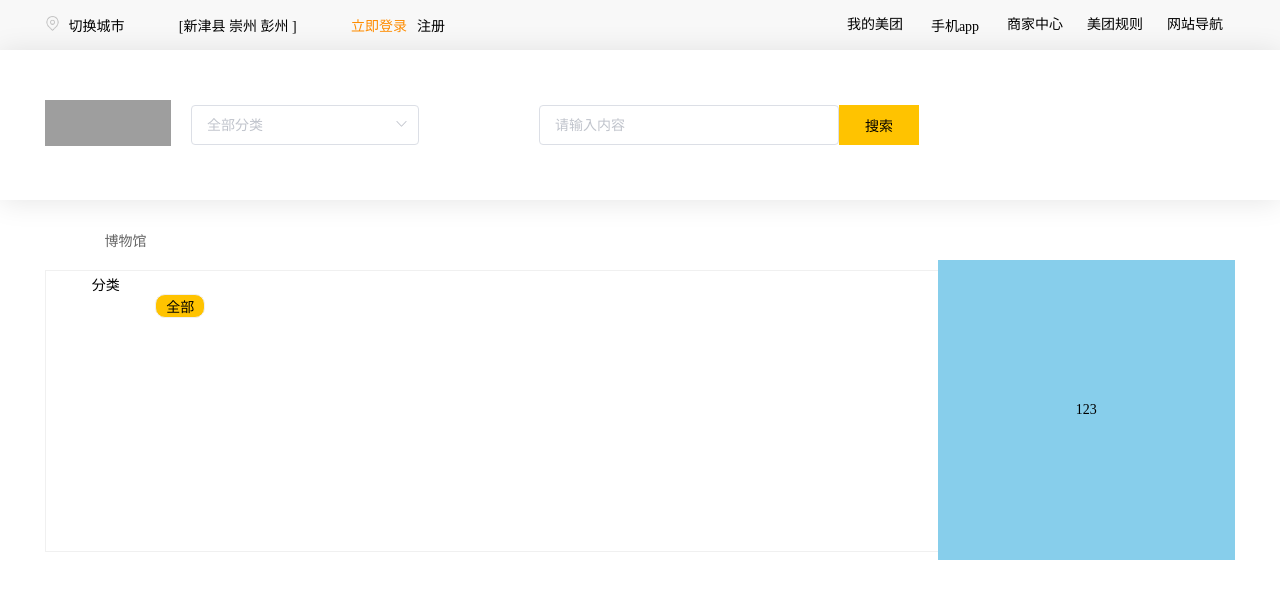
Repository: jinggegeZ/-
Page: /detail
An editor plug-in stored every save of this project. The page is shown before and after the next save, followed by the edit.
The browser window is 1280 px wide. The pictures show the whole page.
Pictures or frames that could not be fetched are drawn as grey boxes. The page's requests for data from a server got no answer. The project was rebuilt for these pictures with package versions that can differ from the ones it lists, and the page was loaded fresh each time. No one was signed in, and anything a server would have sent is missing. Also part of the build but not shown: vue.config.js, src/components/Navigation/Navigation.vue, src/components/navbox/navbox.vue, src/components/Sty/Sty.vue, src/views/Home.vue.

Above is the page before, as saved 2020-08-24 16:46:52.

### public/index.html
<!DOCTYPE html>
<html lang="en">
  <head>
    <meta charset="utf-8">
    <meta http-equiv="X-UA-Compatible" content="IE=edge">
    <meta name="viewport" content="width=device-width,initial-scale=1.0">
    <link rel="icon" href="<%= BASE_URL %>favicon.ico">
    <title><%= htmlWebpackPlugin.options.title %></title>
  </head>
  <body>
    <script src="//at.alicdn.com/t/font_2017422_ck56kzje6p4.js"></script>
    <noscript>
      <strong>We're sorry but <%= htmlWebpackPlugin.options.title %> doesn't work properly without JavaScript enabled. Please enable it to continue.</strong>
    </noscript>
    <div id="app"></div>
    <!-- built files will be auto injected -->
  </body>
</html>

### src/App.vue
<template>
  <div id="app">
    <router-view/>
  </div>
</template>

<style lang="scss">
@import '../src/style/style';
</style>

### src/style/style.css
* {
    margin: 0;
    padding: 0;

}
body,html{
    background: #fff;
}
/* 这是css3媒体查询 */
@media screen and (max-width: 1200px) {
    .top {
        width: 960px !important;
    }
}

/* top样式 */
.topbox {
    width: 100%;
    display: flex;
    justify-content: center;
    background: rgb(248,248,248);
    font-size: 14px;
}

.topbox2 {
    width: 100%;
    display: flex;
    justify-content: center;
    font-size: 14px;
    margin-top: 20px;
}
.topboxdetail {
    width: 100%;
    display: flex;
    justify-content: center;
    font-size: 14px;
    box-shadow:0 2px 27px 0 rgba(0,0,0,0.10);
}
.topbox1 {
    width: 100%;
    display: flex;
    justify-content: center;
    box-shadow: 0px 15px 20px -15px rgb(234,234,234);
    font-size: 14px;
}
.topbox3 {
    width: 100%;
    display: flex;
    justify-content: center;
    font-size: 14px;
}
.restopbox {
    width: 100%;
    display: flex;
    justify-content: center;
    /* background: rgb(248,248,248); */
    font-size: 14px;
    border-bottom: 1.8px solid rgb(238,238,238);
}
.top {
    width: 1190px;

}

.top1 {

    height: 50px;
    display: flex;
    justify-content: space-between;
}

.leftbox {
    display: flex;
    align-items: center;
    width: 400px;
    justify-content: space-between;
}
.spans1 {
    margin-left: 5px;
}
.user {
    display: flex;
}
.spans:hover {
    color: #FE8C00;
}
.spans1:hover {
    color: #FE8C00;
}
.rightbox {
    display: flex;
    align-items: center;
    width: 400px;
    justify-content: space-between;
}

.rightbox1 {
    width: 100px;
    height: 50px;
    display: flex;
    align-items: center;
    justify-content: center;
    position: relative;

}

.postion {
    position: absolute;
    z-index: 999;
    width: 100%;
    height: 100%;
    text-align: center;
    line-height: 50px;
}

.rightbox2 {
    visibility: hidden;
    right: -1px;
    position: absolute;
    z-index: 998;
    top: 99%;
    background: white;
    border-left: 1px solid rgb(229, 229, 229);
    border-bottom: 1px solid rgb(229, 229, 229);
    border-right: 1px solid rgb(229, 229, 229);
    box-shadow: 0px 0px 10px 0px #ccc;
}

.rightbox3 {
    height: 36px;
    line-height: 36px;
    text-align: center;
    width: 80px;
}

.rightbox4 {
    height: 36px;
    line-height: 36px;
    text-align: center;
    width: 118px;
}

.rightbox5 {
    width: 1190px;
    height: 300px;
    display: flex;
    justify-content: center;
}

.rightbox6 {
    width: 95%;
    height: 95%;
    display: flex;
    justify-content: space-between;
}

.rightbox6-1 {
    width: 200px;
}

.rightbox6-1-1 {
    width: 200px;
    height: 80px;
    display: flex;
    justify-content: center;
    align-items: center;
    font-size: 16px;
}

.rightbox6-1-2 {
    width: 200px;
    height: 190px;
    font-size: 12px;
}

.rightbox6-1-2-1 {
    height: 30px;
    width: 100%;
    display: flex;
    justify-content: space-between;
    align-items: center;
}

.rightbox6-1-2-2 {
    height: 30px;
    width: 100%;
    display: flex;
    justify-content: flex-start;
    align-items: center;
}

.rightbox6-2 {
    width: 100px;
}

.rightbox6-2-1 {
    width: 100px;
    height: 80px;
    display: flex;
    justify-content: center;
    align-items: center;
    font-size: 16px;
}

.rightbox6-2-1-1 {
    width: 100px;
    height: 190px;
    font-size: 12px;
}

.rightbox6-2 {
    width: 100px;
}

.rightbox6-2-1-1-font {
    width: 100%;
    height: 25px;
    display: flex;
    justify-content: center;
    align-items: center;
}

.rightbox6-3 {
    width: 350px;

}

.rightbox6-3-1 {
    width: 350px;
    height: 80px;
    display: flex;
    justify-content: center;
    align-items: center;
    font-size: 16px;
}

.rightbox6-3-1-1 {
    width: 350px;
    height: 190px;
    font-size: 12px;
}

.rightbox6-3-1-1-1 {
    width: 100%;
    height: 80px;
    display: flex;
    justify-content: space-around;
    align-items: center;
}

.rightbox6-3-1-1-1-img {
    width: 60px;
    height: 60px;
    border-radius: 5px;
}

.nav2box2font:hover {
    color: rgb(251, 199, 0);
}

.nav2box2font2:hover {
    color: red;
}

.postion:hover {
    color: #FE8C00;
}

.rightbox3:hover {
    color: #FE8C00;
}

.rightbox4:hover {
    color: #FE8C00;
}

.rightbox1:hover .rightbox2 {
    visibility: visible
}

.rightbox1:hover {
    box-shadow: 0 3px 5px 0 rgba(0, 0, 0, 0.1);
}

.rightbox1:hover .postion {
    background-color: white;


}

.leftboximg {
    width: 15px;
    height: 15px;
}

.rightnow {
    color: #FE8C00;
    margin-right: 10px;
}

/* nav部分 */
.nav {
    height: 140px;
    width: 100%;
    display: flex;
    align-items: center;
}

.nav1 {
    width: 240px;
    margin-right: 100px;
}

.nav1img {
    width: 126px;
    height: 46px;

}

.nav1input {
    display: flex;
    width: 469px;
    height: 50px;
    align-items: center;
}

.nav1input1 {
    width: 469px;
    position: relative;
}

.nav1input1box {
    position: absolute;
    top: 140px;
    width: 469px;
    background-color: white;
    border-radius: 5px;
    z-index: 99;
}

.item {
    width: 100%;
    height: 30px;
    font-size: 12px;
    margin-left: 10px;
}

.nav1inputboox {
    width: 80px;
    height: 40px;
    background-color: #FE8C00;
    display: flex;
    justify-content: center;
    align-items: center;
}

.nav1inputbooximg {
    width: 20px;
    height: 20px;
}

.nav2 {
    width: 100%;
    height: 50px;
    display: flex;
}

.nav2box {
    width: 228px;
    height: 50px;
    border-left: 1px solid rgb(229, 229, 229);
    border-top: 1px solid rgb(229, 229, 229);
    border-right: 1px solid rgb(229, 229, 229);
    display: flex;
    align-items: center;
    font-size: 17px;
}

.all {
    padding-left: 20px;
}

.nav2box2 {
    margin-left: 60px;
    display: flex;
    align-items: center;
    justify-content: space-around;
    width: 500px;
    font-size: 17px;
}

/* navbox 部分 */
.navbox {
    display: flex;
}

.navleftbox {
    width: 18%x;
    height: 425px;
    border-left: 1px solid rgb(229, 229, 229);
    border-right: 1px solid rgb(229, 229, 229);
    border-bottom: 1px solid rgb(229, 229, 229);
}

.navrightbox {
    width: 78%;
    height: 425px;
}

.navleftbox-item {
    width: 228px;
    height: 26px;
    display: flex;
    justify-content: space-between;
    align-items: center;
    flood-color: #646464;
    margin-top: 1px;
    position: relative;
}

.navleftbox-item:hover .itembox {
    background: rgb(254,254,254);
    visibility: visible;
}

.icon {
    width: 16px !important;
    height: 16px !important;
    margin-right: 10px;
}

.icon1 {
    width: 12px;
    height: 12px;
}

.itembox {
    visibility: hidden;
    position: absolute;
    left: 100%;
    width: 400px;
    height: 450px;
    top: 0;
    display: flex;
    justify-content: center;
    align-items: center;
    z-index: 99;
}

.itembox1 {
    width: 90%;
    height: 90%;

}

.itembox2 {
    width: 100%;
    line-height: 60px;
    font-size: 16px;

    margin-bottom: 20px;
}

.item-child {
    width: 100%;
    display: flex;
    justify-content: space-between;
    border-bottom: 1px solid rgb(229, 229, 229);
}

.itembox3 {
    display: flex;
    flex-wrap: wrap;
}

.itembox4 {
    color: #999;
    font-size: 12px;
    line-height: 15px;
    display: inline-block;
    margin-right: 16px;
    margin-top: 10px;
    cursor: pointer;
}

/* navbox右边渲染部分css */
.navrightbox-1 {
    display: flex;
    width: 950px;
    margin-left: 10px;
    margin-top: 10px;
}

.navrightbox-swiper {
    width: 550px;
    height: 240px;
}
.swiperimg {
    width: 550px;
}
.el-carousel__item h3 {
    color: #475669;
    font-size: 18px;
    opacity: 0.75;
    line-height: 300px;
    margin: 0;
}

.el-carousel__item:nth-child(2n) {
    background-color: #99a9bf;
}

.el-carousel__item:nth-child(2n+1) {
    background-color: #d3dce6;
}
.el-carousel{
    height: 100%;
}
.el-carousel__container{
    height: 100% !important;
}
.navrightbox-2 {
    width: 150px;
    height: 239px;
    margin: 0 10px;
}
.navrightbox-2img {
    width: 150px;
}
.top-loginbox {
    width: 228px;
    height: 238px;
    border: 1px solid rgb(229,229,229);
    background:#fff;
    display: flex;
    justify-content: center;
    align-items: center;
}
.top-loginbox1 {
    width: 95%;
    height: 95%;
}
.top-loginbox2 {
    width: 95%;
    height: 95%;
    display: flex;
    justify-content: center;
    align-items: center;
    position: relative;
}
.top-loginbox2-1 {
    width: 100%;
    height: 100%;
}
.top-loginbox2-1imgbox {
    width: 100%;
    height: 150px;
    display: flex;
    justify-content: center;
    align-items: center;
}
.top-loginbox2-1img {
    width: 50px;
    height: 50px;

}
.userbox {
    width: 100%;
    display: flex;
    justify-content: center;
}
.changebox {
    position: absolute;
    top: 0;
    right: 0;
    width: 30px;
    height: 30px;

}
.changeboximg {
    width: 30px;
    height: 30px;
}
.headimg {
    width: 228px;
    height: 59px;
    margin-bottom: 5px;
    display: flex;
    justify-content: center;
    align-items: center;
}
.headimg1{
    width: 55px;
    height: 55px;
    border-radius: 50%;
}
.headimg2 {
    width: 228px;
    height: 21px;
    margin-bottom: 5px;
    display: flex;
    justify-content: center;
    align-items: center;
}
.headimg2-1 {
    width: 96px;
    display: flex;
    justify-content: center;
    align-items: center;
}
.headimg3 {
    width: 119px;
    height: 39px;
    display: flex;
    justify-content: center;
    align-items: center;
    border-radius: 25px;
    border:1px solid rgb(229,229,229);
}
/* 下部解析部分 */
.bottombox {
    display: flex;
    margin-left: 10px;
}
.bottombox-1 {
    width: 270px;
    height: 165px;
    margin-top: 10px;
    margin-right: 10px;
}
.bottombox-1img {
    width: 270px;
}
.bottombox-2 {
    width: 270px;
    height: 165px;
    margin-top: 10px;
    margin-right: 10px;
}
.bottombox-3 {
    width: 150px;
    height: 165px;
    margin-top: 10px;
    margin-right: 10px;
}
.bottombox-3img {
    width: 150px;
}
.bottombox-4 {
    width: 230px;
    height: 165px;
    border:1px solid rgb(229,229,229);
    margin-top: 10px;
}
.bottombox-4-1 {
    width: 230px;
    height: 100px;
    display: flex;
    justify-content: center;
    align-items: center;
}
.bottombox-4-1-1 {
    width: 95px;
    height: 95px;
}
.bottombox-5 {
    width: 230px;
    height: 30px;
    display: flex;
    justify-content: center;
    align-items: center;
    font-size: 16px;
}
.bottombox-6 {
    scale: 230px;
    height: 20px;
    display: flex;
    justify-content: center;
    align-items: center;
    font-size: 12px;
}
.bottombox6-1 {
    color: red;
    margin-right: 5px;
}
/* 有格调部分 */
.stybox {
    width: 100%;
    height: 50px;
    background: rgb(242,191,71);
    display: flex;
    justify-content: space-between;
    align-items: center;
    border-radius: 10px 10px 0 0 ;
}
.stybox1 {
    display: flex;
}
.stybox1-font {
    font-size: 18px;
    color: white;
    margin: 0 20px 0 20px;
}
.stybox1-font2 {
    font-size: 12px;
    color: white;
    display: flex;
    align-items: center;
    width: 400px;
    justify-content: space-between;
}
.stybox1-font2-item1 {
    position: relative;
    width:120px;
    display: flex;
    justify-content: center;
}
/* .stybox1-font2-item1:hover .triangle_border_up {
    visibility: visible;
}
.stybox1-font2-item2:hover .triangle_border_up {
    visibility: visible;
}
.stybox1-font2-item4:hover .triangle_border_up {
    visibility: visible;
} */
.stybox1-font2-item2 {
    text-align: center;
}

.stybox2-img {
    width: 14px;
    height: 14px;
    margin-top: 5px;
}
.stybox2 {
    font-size: 14px;
    color: white;
    display: flex;
    align-items: center;
}
/* 向上的三角形 */
.triangle_border_up{
    /* visibility: hidden; */
    width:0px;
    height:0px;
    border-width:0 10px 10px;
    border-style:solid;
    border-color:transparent transparent #fff;/*透明 透明  灰*/
    margin-top:10px;
    position: absolute;
    bottom: -17px;
}
.stybox3 {
    width: 1188px;
    height: 687px;
    background: #fff;
    border-radius: 0 0 10px 10px;
    border: 1px solid rgb(229,229,229);
    font-size: 12px;
    display: flex;
    flex-wrap: wrap;
}
.stybox3-item {
    width: 370px;
    height: 330px;
    margin: 10px;

}
.stybox3-itemimg {
    width: 370px;
    height: 208px;
    margin-bottom: 10px;

}
.stybox3-itemimg1 {
    width: 370px;
    height: 208px;

}
.stybox3-itemfont {
    font-size: 14px;
}
.font2 {
    font-size: 14px;
    overflow: hidden;
    text-overflow: ellipsis;
    display: -webkit-box;
    -webkit-line-clamp: 1;
    -webkit-box-orient: vertical;
}
/* 城市选择部分 */
.citybox {
    width: 1190px;
    padding: 20px;
    font-size: 16px;
    background-color: #fff;
    margin: 20px auto 0;
    border: 1px solid #E5E5E5;
    border-radius: 4px;
    min-height: 1000px;
    padding: 20px;
}
.citybox-province {
    width: 100%;
    height: 71px;
    display: flex;
    align-items: center;
    padding: 0px 0px 19px;
    border-bottom: 1px solid #E5E5E5;
}
.proviencechosebox {
    width: 220px;
    height: 40px;
    margin: 0 10px 0 20px;
    font-size: 14px;
    color: #666;
    border-radius: 4px;
    display: flex;
    justify-content: center;
}

.citychosebox {
    width: 220px;
    height: 40px;
    font-size: 14px;
    color: #666;
    border-radius: 4px;
    display: flex;
    justify-content: center;
}
.cityboximg {
    width: 10px;
    height: 15px;
}
/* 直接搜素 */
.directSearch {
    margin-left: 50px;
    display: flex;
    align-items: center;
}
.directSearchbox {
    width: 220px;
    height: 40px;
    font-size: 14px;
    color: #666;
    border-radius: 4px;
    display: flex;
    justify-content: center;
}
.el-input__inner {
    width: 100% !important;
}
.el-input {
    width: 100% !important;
}
/* 热门城市选择 */
.hotcitychose {
    width: 100%;
    height: 71px;
    display: flex;
    align-items: center;
    border-bottom: 1px solid #E5E5E5;
}
.hotcitychosebox {
    display: flex;
    align-items: center;
    width: 748px;
    height: 20px;
    justify-content: space-around;
}
/* 最近访问 */

.recentVisit {
    width: 100%;
    height: 71px;
    display: flex;
    align-items: center;
    border-bottom: 1px solid #E5E5E5;
}
.recentVisitchosebox {
    display: flex;
    align-items: center;
    width: 748px;
    height: 20px;

}
.recentVisitchosebox-item {
    margin-right: 10px;
}
/* 拼音首字母 */
.Initials {
    width: 100%;
    height: 71px;
    display: flex;
    align-items: center;
}
.Initialsbox {
    display: flex;
    align-items: center;
    width: 748px;
    height: 20px;
    justify-content: space-around;
}
.Initialsbox a {
    text-decoration: none !important;
    color: #666;
}
/* 详细地区 */
.detailscity {
    width: 1148px;
    display: flex;
    padding: 13px 30px 13px 10px;
}
.letter {
    width: 40px;
    height: 40px;
    border-radius: 50%;
    background: rgb(255,208,0);
    display: flex;
    justify-content: center;
    align-items: center;
}
.letters {
    width: 1065px;
    display: flex;
    flex-wrap: wrap;
}
.letters a{
    text-decoration:none !important;
    color: #666;
}
.letters-item {
    margin: 10px 20px;
    display: inline;
}
/* 登录页面 */

.logintopbox {
    width: 100%;
    height: 120px;
    display: flex;
    justify-content: center;
    align-items: center;
}
.logintopbox1 {
    width: 1190px;
    height: 47px;
}
.logintopbox1img {
    width: 130px;
    height: 47px;
}
.sloginbox {
    width: 100%;
    /* height: 370px; */
    display: flex;
    align-items: center;
    margin-bottom: 70px;
}
.sloginbox1 {
    height: 370px;
    width: 480px;
}
.sloginbox1img {
    width: 480px;
    height: 370px;
}
.login-section {
    width: 270px;
    display: flex;
    justify-content: center;
    font-size: 14px;
    color: #666;
    margin-left: 115px;

}
.login-sectionbox {
    width: 95%;
}
.login-section1 {
    height: 50px;
    margin-top: 50px;
    display: flex;
    justify-content: space-between;
    align-items: center;
}
.login-section1img {
    width: 15px;
    height: 15px;
}
.login-section1img2 {
    width: 22px;
    height: 22px;

}
.login-section2 {
    margin-bottom: 10px;
    width: 270px;
    height: 40px;
    border: 1px solid rgb(255,208,0);
    display: flex;
    align-items: center;
}
.login-section2imgbox {
    width: 37px;
    height: 40px;
    display: flex;
    justify-content: center;
    align-items: center;
}
.login-section2img {
    width: 30px;
    height: 30px;
}
.login-section2 input {
    border: none;
}
.forgetpassword {
    font-size: 12px;
    width: 100%;
    height: 26px;
    margin-bottom: 8px;
    display: flex;
    justify-content: flex-end;
    align-items: center;
    color: red;
}
.loginbox {
    width: 270px;
    height: 40px;
    display: flex;
    justify-content: center;
    align-items: center;
    background: rgb(255,208,0);
}
.goresgiter {
    width: 270px;
    margin-top: 10px;
    margin-bottom: 10px;
    display: flex;
    align-items: center;
}
.goresgiter1 {
    color: rgb(254,140,0);
}
.otherlogin {
    width: 270px;
}
.otherloginbox1 {
    width: 100%;
    height: 30px;
    display: flex;
    align-items: center;
    justify-content: center;
}
.otherloginbox1-1 {
    width: 50px;
    height: 1px;
    background: rgb(204,204,204);
    margin-right: 5px;
}
.otherloginbox1-2 {
    width: 50px;
    height: 1px;
    background: rgb(204,204,204);
    margin-left: 5px;
}
.otherloginbox2 {
    width: 100%;
    height: 30px;
    display: flex;
    justify-content: center;
}
.otherloginbox2-1 {
    width: 30%;
    height: 30px;
    display: flex;
    justify-content: space-around;
    align-items: center;
}
.otherloginbox2-1img {
    width: 20px;
    height: 20px;
}
/* 底部说明 */
.footbox {
    width: 100%;
    height: 48px;
    border-top: 1px solid rgb(238,238,238);
    border-bottom: 1px solid rgb(238,238,238);
    display: flex;
    align-items: center;
    font-size: 12px;
    color: #666;

}
.footboxitem {
    width: 400px;
    display: flex;
    align-items: center;
    justify-content: space-between;
}
.footboxitem-mid {
    width: 1px;
    height: 10px;
    background: rgb(244,244,244);
}
/* 版权所有 */
.footer {
    margin-top: 20px;
    width: 100%;
    height: 20px;
    font-size: 12px;
    color: #666;
}
/* 注册部分 */
.resgtopbox {
    width: 100%;
    height: 60px;
    display: flex;
    justify-content: space-between;
    align-items: center;

}
.resgtopbox-1img {
    width: 126px;
    height: 46px;
}
.resgtopboxfont {
    color: orange;
}
.resgitermsgbox {
    width: 1190px;
    font-size: 12px;
    color: #666;

}
.resgitermsgbox1 {
    width: 100%;
    display: flex;
    justify-content: center;
}
.resgitermsgbox1-1 {
    width: 90%;
    height: 45px;
    display: flex;
    /* justify-content: center; */
    align-items: center;
}
.inforbox {
    width: 150px;
    display: flex;
    align-items: center;
    justify-content: flex-end;
}

.rsgmsgbox {
    width: 100%;
    display: flex;
    justify-content: center;
    margin-top: 30px;
}
.resgitermsginputbox {
    width: 260px;
    height: 40px;
    border: 1px solid rgb(204,204,204);
    margin-left: 15px;
    margin-right: 15px;
    border-radius: 5px;
}
.resgitermsginputbox input {
    border: none !important;
}
.resgiterbutton {
    width: 136px;
    height: 21px;
    background: rgb(230,230,230);
    display: flex;
    justify-content: center;
    align-items: center;
    margin-left: 15px;
}
.resgiterbutton:hover {
    background: rgb(240,240,240);
}
.resgiterbutton1 {
    display: flex;
    width: 260px;
    height: 21px;
    justify-content: space-between;
    align-items: center;

    margin-left: 15px;
}
.resgiterbutton1-item {
    width: 80px;
    height: 21px;
    display: flex;
    align-items: center;
    justify-content: center;
    border: 1px solid rgb(240,240,240);
    background: rgb(230,230,230);
}
.resgiterbutton1-item1 {
    width: 80px;
    height: 21px;
    display: flex;
    align-items: center;
    justify-content: center;
    border: 1px solid rgb(240,240,240);
    background: rgb(255,205,0);

}
.resgiterbutton2 {
    display: flex;
    width: 178px;
    height: 34px;
    justify-content: center;
    align-items: center;
    background: rgb(255,205,0);
    margin-left: 15px;
    font-size: 14px;
    color: black;
}
.resgiterbutton3 {
    color: rgb(255,205,0);
    margin-left: 15px;
}
.rsgmsgboxfooter {
    width: 100%;
    border-top: 1px solid rgb(238,238,238);
    margin-bottom: 20px;
}
.rsgmsgboxfootermsg {
    width: 100%;
    display: flex;
    justify-content: center;
    font-size: 12px;
    color: #999999;
}
/* 详情部分 */
.detail-topbox {
    width: 100%;
    height: 150px;
    display: flex;
    align-items: center;

}
.detail-topbox-left {
    display: flex;
    align-items: center;
}
.detail-topbox-leftimg {
    width: 126px;
    height: 46px;
}
.detail-topbox-leftbox {
    padding: 10px;
    margin-left: 10px;
}
.detail-topbox-leftbox input {
    width: 100px;
    height: 40px;
}
.hover:hover {
    color: orange;
}
.detail-topbox-right {
    width: 500px;
    height: 50px;
    display: flex;
    align-items: center;
    margin-left: 50px;
    justify-content: center;
}
.detail-topbox-right input{
    width: 300px !important;
}
.detail-topbox-rightbox {
    width: 80px;
    height: 40px;
    display: flex;
    align-items: center;
    justify-content: center;
    background: rgb(255,195,0);
}
/* 详情中间详细部分 */
.detail-navbox {
    width: 100%;
    display: flex;

}
.detail-navbox-left {
    width: 75%;

}
.detail-navbox-right {
    width: 25%;
    height: 300px;
    background: skyblue;
    display: flex;
    justify-content: center;
    align-items: center;
}
.crumbs {
    width: 100%;
    display: flex;
    justify-content: center;
}
.crumbs-box {
    width: 90%;
    height: 40px;
    color: #666;
    display: flex;
    align-items: center;
}
.location-box {
    width: 100%;
    height: 280px;
    margin-top: 10px;
    border: 1px solid rgb(240,240,240);
}
.location-box-top {
    width: 100%;
    height: 135px;
    display: flex;
    justify-content: center;
    align-items: center;
}
.location-box-top1 {
    width: 95%;
    height: 95%;
    display: flex;
    justify-content: space-around;

}
.location-box-top1-1 {
    width: 80px;
    display: flex;
    justify-content: center;
}
.location-box-top1-2 {
    width: 80px;
    display: flex;
    justify-content: center;
}
.location-box-top1-2-1 {
    margin-top: 20px;
    width: 48px;
    height: 22px;
    border: 1px solid rgb(240,240,240);
    border-radius: 10px;
    background: rgb(255,195,0);
    display: flex;
    justify-content: center;
    align-items: center;
}
.location-box-top1-3 {
    width: 748px;
}

Loaded but not shown: src/store/index.js (common file); src/http/api.js (41 lines, source omitted); src/router/index.js (46 lines, source omitted); src/main.js (16 lines, source omitted); src/http/index.js (15 lines, source omitted); src/components/top/top.vue (193 lines, source omitted); src/views/detail/detail.vue (160 lines, source omitted)

After the next save:
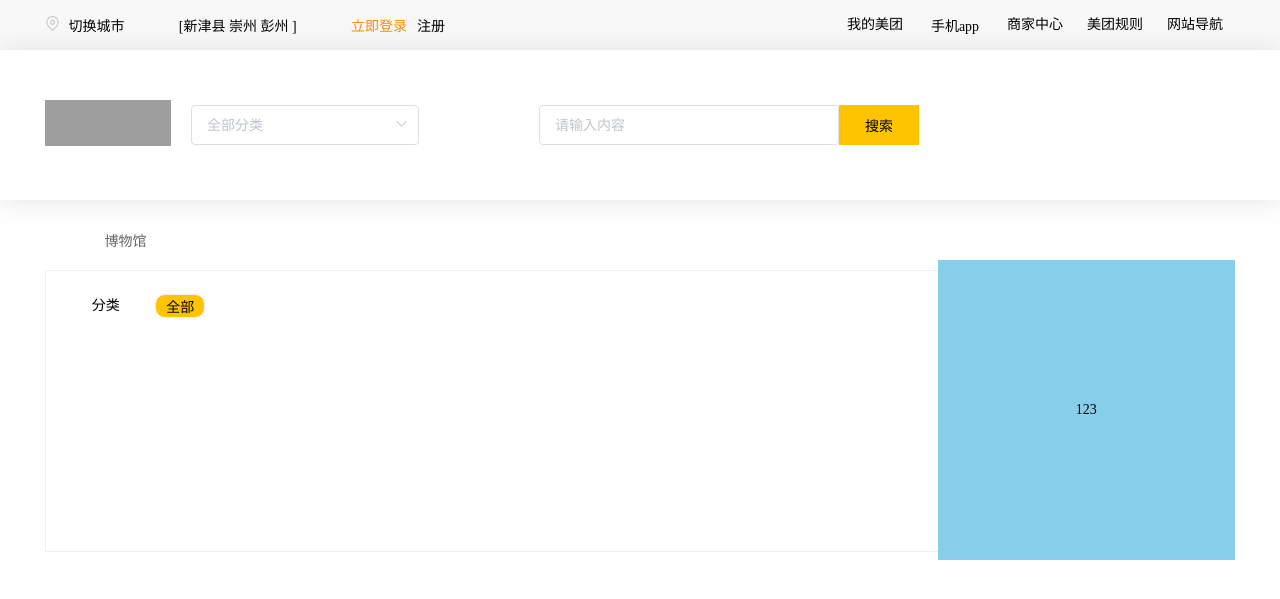
Saved 15 s later.
--- a/src/style/style.css
+++ b/src/style/style.css
@@ -1340,6 +1340,9 @@
     display: flex;
     justify-content: center;
 }
+.location-box-top1-1-1 {
+    margin-top: 20px;
+}
 .location-box-top1-2 {
     width: 80px;
     display: flex;
